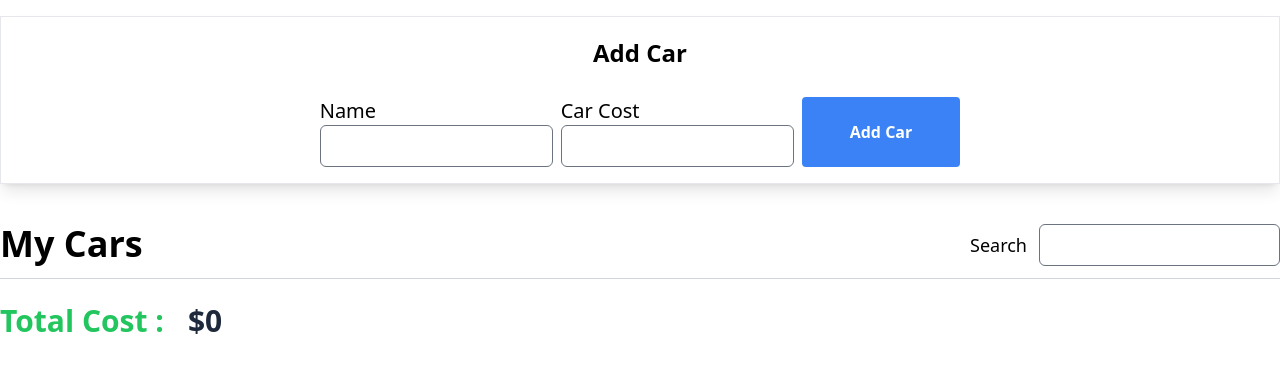
Repository: Marhamat92/carsappreduxtoolkit
Page: /
These files come from the project's save history. The page is drawn as it stood at one moment and after the next save; the edit follows.
The browser window is 1280 px wide. The pictures show the whole page.
The project was rebuilt for these pictures with package versions that can differ from the ones it lists, and the page was loaded fresh each time.

Above is the page before, as saved 2023-01-24 01:00:39.

### src/index.js
import React from 'react';
import ReactDOM from 'react-dom/client';
import './index.css';
import App from './App';
import { Provider } from 'react-redux';
import { store } from './store'


const root = ReactDOM.createRoot(document.getElementById('root'));
root.render(
  <Provider store={store}>
    <App />
  </Provider>
);

### src/App.js
import CarForm from "./components/CarForm";
import CarList from "./components/CarList";
import CarSearch from "./components/CarSearch";
import CarValue from "./components/CarValue";


function App() {
  return (
    <div className="container mx-auto">
      <CarForm />
      <CarSearch />
      <CarList />
      <CarValue />
    </div>
  );
}

export default App;

### src/store/index.js
import { configureStore } from "@reduxjs/toolkit";
import {
  carsReducer,
  addCar,
  removeCar,
  changeSearchTerm,
} from "./slices/carsSlice";
import { formReducer, changeName, changeCost } from "./slices/formSlice";

const store = configureStore({
  reducer: {
    cars: carsReducer,
    form: formReducer,
  },
})

export { store, addCar, removeCar, changeSearchTerm, changeName, changeCost };

### src/components/CarForm.js
import React from 'react'
import { useDispatch, useSelector } from 'react-redux'
import { changeName, changeCost, addCar } from '../store'



function CarForm() {
  const dispatch = useDispatch(); // this is the hook that allows us to dispatch actions to the store
  const { name, cost } = useSelector((state) => { // this is the hook that allows us to access the store
    return {
      name: state.form.name,
      cost: state.form.cost
    }
  })


  const handleNameChange = (e) => {
    dispatch(changeName(e.target.value))
  }

  const handleCostChange = (e) => {
    const carCost = parseInt(e.target.value) || 0;
    dispatch(changeCost(carCost))

  }


  const handleSubmit = (e) => {
    e.preventDefault();
    dispatch(addCar({ name, cost }))
  }


  //!after adding a car, clear the form fields with extra reducers which will be added to the formSlice,otherwise we can use dispatch(changeName('')) and dispatch(changeCost(0)) to clear the form fields but it is not a good practice



  return (
    <div className='flex flex-col items-center justify-center border shadow-lg py-4 mt-4'>
      <h1 className='font-bold text-2xl py-1' >Add Car</h1>
      <div className='mt-6'>
        <form onSubmit={handleSubmit} className=''>
          <div className='flex flex-row space-x-2 '>
            <div className='flex flex-col'>
              <label className='text-xl' htmlFor='make'>Name</label>
              <input className=' border border-gray-500 rounded-md py-2

              ' value={name} onChange={handleNameChange} type='text' name='carName' id='carName' />
            </div>
            <div className='flex flex-col'>
              <label className='text-xl' htmlFor='price'>Car Cost</label>
              <input className=' border border-gray-500 rounded-md py-2

              ' value={cost || ''} onChange={handleCostChange} type='number' name='price' id='price' />
            </div>
            <div className='flex '>
              <button className='bg-blue-500 hover:bg-blue-700 text-white font-bold   px-12 rounded ' type='submit'>Add Car</button>
            </div>
          </div>


        </form>
      </div>
    </div>
  )
}

export default CarForm

### src/components/CarList.js
import React from 'react'
import { useSelector, useDispatch } from 'react-redux'
import { removeCar } from '../store'


function CarList() {


  const dispatch = useDispatch();

  const cars = useSelector(({ cars: { searchTerm, data } }) => {   //! <--- destructuring the state object to get the searchTerm and data properties
    return data.filter((car) => {
      return car.name.toLowerCase().includes(searchTerm.toLowerCase())
    })
  })

  const handleDeleteCar = (car) => {
    dispatch(removeCar(car.id))
  }



  const renderedCars = cars.map((car) => {
    return (
      <div className='flex justify-between space-y-3 items-center shadow-lg mt-4 py-2 px-4 rounded-md' key={car.id}>
        <p className='text-3xl' >{car.name} - ${car.cost}</p>
        <button onClick={() => handleDeleteCar(car)} className='bg-red-500 px-4 py-2 text-3xl rounded-md'>
          Remove
        </button>
      </div>
    )
  })




  return (
    <div>{renderedCars}</div>
  )
}

export default CarList

### src/components/CarSearch.js
import React from 'react'
import { useSelector, useDispatch } from 'react-redux'
import { changeSearchTerm } from '../store'


function CarSearch() {

  const dispatch = useDispatch();
  const searchTerm = useSelector((state) => {

    return state.cars.searchTerm

  })

  const handleSearchCarTerm = (e) => {
    dispatch(changeSearchTerm(e.target.value))
  }



  return (
    <div>
      <div className='flex justify-between mt-10 border-b border-gray-300 pb-3' >
        <h1 className='text-4xl font-bold' >My Cars</h1>
        <div className='flex space-x-3 items-center' >
          <label className='text-lg' htmlFor="">Search</label>
          <input value={searchTerm} onChange={handleSearchCarTerm} className='pl-2 border border-gray-500 py-2 rounded-md' type="text" />
        </div>
      </div>
    </div>
  )
}

export default CarSearch

### src/components/CarValue.js
import React from 'react'
import { useSelector } from 'react-redux'

function CarValue() {

  const totalCost = useSelector(({ cars: { data, searchTerm } }) =>
    data.filter((car) => car.name.toLowerCase().includes(searchTerm.toLowerCase())
    )
      .reduce((acc, car) => acc + car.cost, 0)
  );



  return (
    <div className='flex  space-x-6 mt-6'>
      <h1 className='text-3xl font-bold text-green-500' >Total Cost :</h1>
      <h1 className='text-3xl font-bold text-slate-800'>${totalCost}</h1>
    </div>
  )
}

export default CarValue

### src/store/slices/carsSlice.js
import { createSlice, nanoid } from '@reduxjs/toolkit';

const carsSlice = createSlice({
  name: 'cars',
  initialState: {
    data: [],
    searchTerm: ''
  },
  reducers: {
    changeSearchTerm(state, action) {
      state.searchTerm = action.payload;
    },
    addCar(state, action) {
      //Assumption:
      //action.payload is an object with the following properties:
      //name, cost, id
      state.data.push({
        name: action.payload.name,
        cost: action.payload.cost,
        id: nanoid()
      })
    },
    removeCar(state, action) {
      //Assumption:
      //action.payload is the id of the car to remove
      const updatedCars = state.data.filter((car) => {
        return car.id !== action.payload;
      })
      state.data = updatedCars;
    }

  }
})

export const { changeSearchTerm, addCar, removeCar } = carsSlice.actions;
export const carsReducer = carsSlice.reducer;

### src/store/slices/formSlice.js
import { createSlice } from '@reduxjs/toolkit';
import { addCar } from './carsSlice';

const formSlice = createSlice({
  name: 'form',
  initialState: {
    name: '',
    cost: 0
  },
  reducers: {
    changeName(state, action) {
      state.name = action.payload;
    },
    changeCost(state, action) {
      state.cost = action.payload;
    }
  },
  extraReducers(builder) {
    builder.addCase(addCar, (state, action) => {
      state.name = '';
      state.cost = 0;
    })
  }
})

//extraReducers is a function that takes a builder object as an argument and we can use the builder object to add extra reducers to the formSlice
//addCase is a function that takes an action and a reducer as arguments and adds the reducer to the formSlice
//the reducer will be called when the action is dispatched


export const { changeName, changeCost } = formSlice.actions;
export const formReducer = formSlice.reducer;

Loaded but not shown: public/index.html (common file); src/index.css (common file); tailwind.config.js (common file)

After the next save:
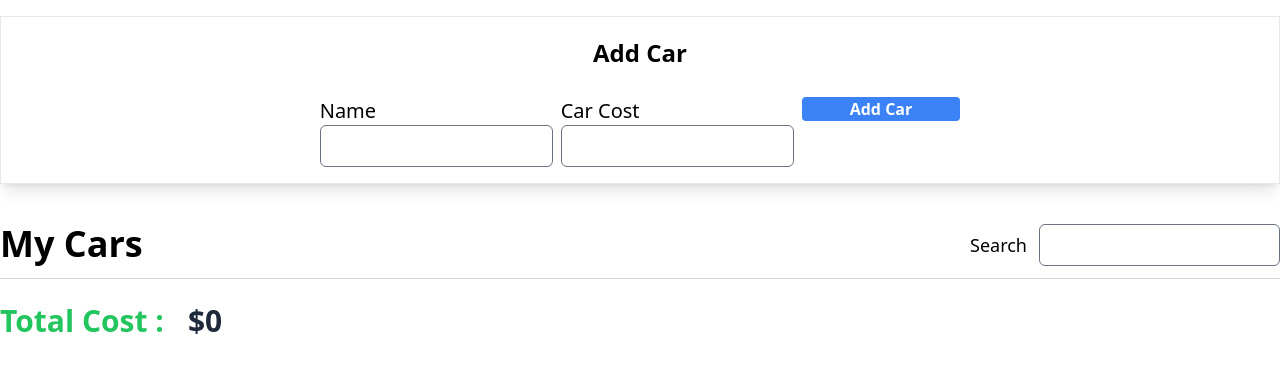
Saved 27 s later.
--- a/src/components/CarForm.js
+++ b/src/components/CarForm.js
@@ -53,7 +53,7 @@ function CarForm() {
 
               ' value={cost || ''} onChange={handleCostChange} type='number' name='price' id='price' />
             </div>
-            <div className='flex '>
+            <div className=''>
               <button className='bg-blue-500 hover:bg-blue-700 text-white font-bold   px-12 rounded ' type='submit'>Add Car</button>
             </div>
           </div>
